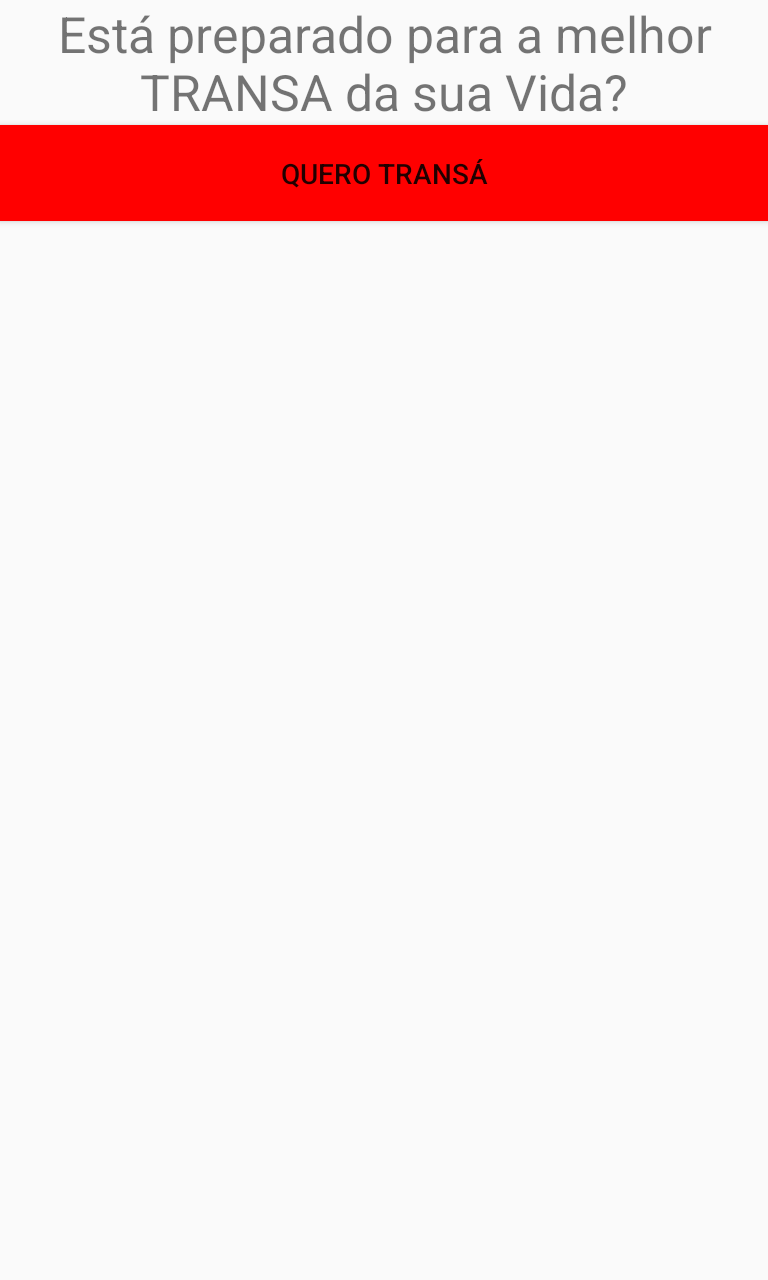
Repository: Cookahn/bioca_sounds
Layout: ChicoBiocaApp/res/layout/fragment_main.xml
These files come from the project's save history. The layout is drawn as it stood at one moment and after a run of saves; the edit follows.
It is drawn on a 768 x 1280 px phone screen (xhdpi) without system bars, with theme AppTheme; the app's code is not run.

Above is the layout before, as saved 2014-08-11 19:37:18.

### ChicoBiocaApp/res/layout/fragment_main.xml
<LinearLayout xmlns:android="http://schemas.android.com/apk/res/android"
    xmlns:tools="http://schemas.android.com/tools"
    android:layout_width="wrap_content"
    android:layout_height="wrap_content"
    android:orientation="vertical"
    tools:context="com.example.chicobiocaapp.MainActivity$PlaceholderFragment" >

    <TextView
        android:layout_width="wrap_content"
        android:layout_height="wrap_content"
        android:gravity="center_horizontal"
        android:text="@string/are_you_ready"
        android:textSize="25sp" />

    <Button
        android:layout_width="match_parent"
        android:layout_height="wrap_content"
        android:text="@string/i_want_to_fuck"
        android:background="#ff0000"/>

</LinearLayout>

### ChicoBiocaApp/res/values/strings.xml
<?xml version="1.0" encoding="utf-8"?>
<resources>

    <string name="app_name">Chico Bioca Remix</string>
    <string name="are_you_ready">Está preparado para a melhor TRANSA da sua Vida?</string>
    <string name="action_settings">Settings</string>
    <string name="i_want_to_fuck">Quero Transá</string>

</resources>

Loaded but not shown: ChicoBiocaApp/res/values/styles.xml (common file); ChicoBiocaApp/res/values-v11/styles.xml (common file); ChicoBiocaApp/res/values-v14/styles.xml (common file)

After the next 2 saves:
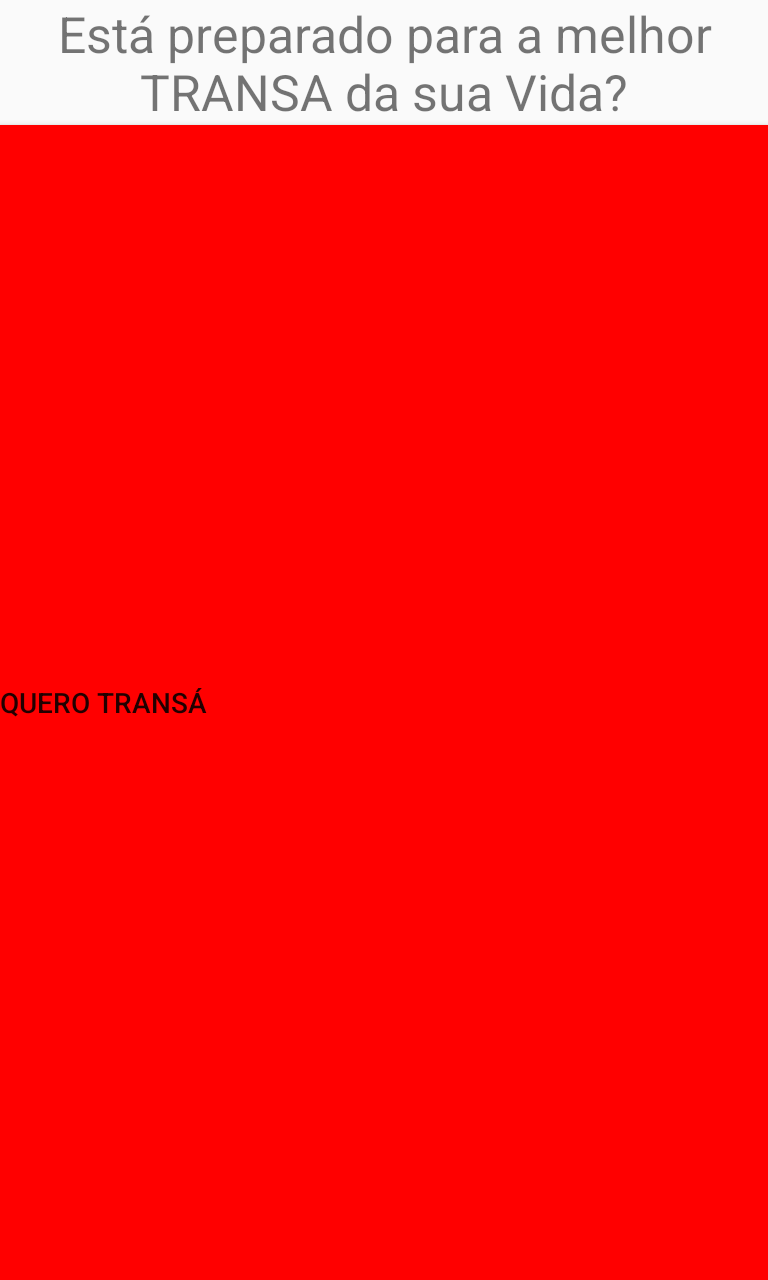
The 2 saves are shown as one change because 1 did not build or start.
The last was saved 21 s later.
--- a/ChicoBiocaApp/res/layout/fragment_main.xml
+++ b/ChicoBiocaApp/res/layout/fragment_main.xml
@@ -14,8 +14,9 @@
 
     <Button
         android:layout_width="match_parent"
-        android:layout_height="wrap_content"
+        android:layout_height="match_parent"
         android:text="@string/i_want_to_fuck"
+        android:gravity="center_vertical"
         android:background="#ff0000"/>
 
 </LinearLayout>
